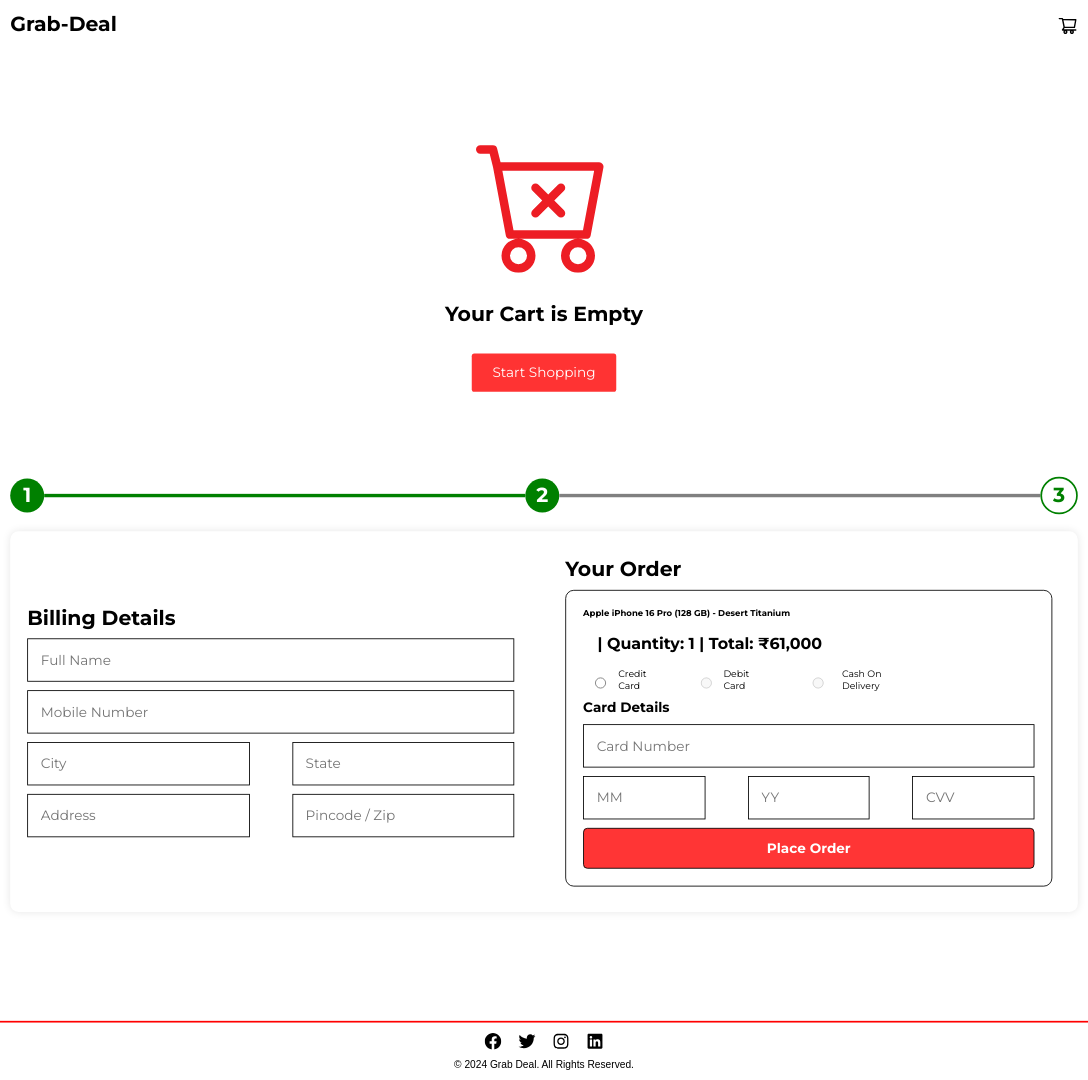
Repository: hlwsatyam/Iphone16Pro
Page: /cart
An editor plug-in stored every save of this project. The page is shown before and after a run of saves, followed by the edit.
The browser window is 1280 px wide. The pictures show the whole page, at 85% of full size.
The project was rebuilt for these pictures with package versions that can differ from the ones it lists, and the page was loaded fresh each time. Also part of the build but not shown: src/components/filters/FilterBarOptions.js, src/components/filters/FilterBar.js, src/hooks/useActive.js, src/components/product/ProductCard.js, src/components/common/SectionsHead.js, src/components/common/Services.js, src/pages/AllProducts.js, src/components/common/QuantityBox.js and 15 more.

Above is the page before, as saved 2024-09-28 16:20:59.

### public/index.html
<!DOCTYPE html>
<html lang="en">

<head>
  <meta charset="utf-8" />
  <link rel="icon" href="https://www.reliancedigital.in/medias/Apple-iPhone16ProMax-494423059-i-1-1200Wx1200H-300Wx300H?context=bWFzdGVyfGltYWdlc3wyOTM2MXxpbWFnZS9qcGVnfGltYWdlcy9oM2EvaGEzLzEwMTk1OTA4OTg0ODYyLmpwZ3w2MjMyOGJjMTFhMDRjZjFiNWRkOGU4NjNjZWJiMDUwNWNkNmE0YzdhMjE3MjVjNDRjNWFlMjA0ZDU2MDFjODhk" />
  <meta name="viewport" content="width=device-width, initial-scale=1" />
  <meta name="theme-color" content="#000000" />
  <meta name="description" content="Web site created using create-react-app" />
  <link rel="apple-touch-icon" href="%PUBLIC_URL%/logo192.png" />
  <!--
      manifest.json provides metadata used when your web app is installed on a
      user's mobile device or desktop. See https://developers.google.com/web/fundamentals/web-app-manifest/
    -->
  <link rel="manifest" href="%PUBLIC_URL%/manifest.json" />
  <!--
      Notice the use of %PUBLIC_URL% in the tags above.
      It will be replaced with the URL of the `public` folder during the build.
      Only files inside the `public` folder can be referenced from the HTML.

      Unlike "/favicon.ico" or "favicon.ico", "%PUBLIC_URL%/favicon.ico" will
      work correctly both with client-side routing and a non-root public URL.
      Learn how to configure a non-root public URL by running `npm run build`.
    -->

  <link rel="preconnect" href="https://fonts.googleapis.com" />
  <link rel="preconnect" href="https://fonts.gstatic.com" crossorigin />
  <link href="https://fonts.googleapis.com/css2?family=Montserrat:wght@400;500;600;700&display=swap" rel="stylesheet" />

  <title>Best Discount On I Phone 16 Pro </title>
</head>

<body>
  <noscript>You need to enable JavaScript to run this app.</noscript>
  <div id="root"></div>
  <!--
      This HTML file is a template.
      If you open it directly in the browser, you will see an empty page.

      You can add webfonts, meta tags, or analytics to this file.
      The build step will place the bundled scripts into the <body> tag.

      To begin the development, run `npm start` or `yarn start`.
      To create a production bundle, use `npm run build` or `yarn build`.
    -->
</body>

</html>

### src/styles/style.scss
// Base
@import "./partials/base/variables";
@import "./partials/base/mixins";
@import "./partials/base/reset";
@import "./partials/base/common";


// Components
@import "./partials/components/preloader";
@import "./partials/components/header";
@import "./partials/components/footer";
@import "./partials/components/backtop";
@import "./partials/components/form";
@import "./partials/components/searchbar";
@import "./partials/components/filterbar";
@import "./partials/components/quantity_box";
@import "./partials/components/empty_view";


// Pages
@import "./partials/pages/hero";
@import "./partials/pages/featured";
@import "./partials/pages/products";
@import "./partials/pages/product_details";
@import "./partials/pages/product_summary";
@import "./partials/pages/cart";
@import "./partials/pages/related";
@import "./partials/pages/services";
@import "./partials/pages/error_page";



.testimonial-section {
    background: linear-gradient(135deg, #f06, #f93);
    padding: 50px 0;
    display: flex;
    justify-content: center;
  }

### src/styles/partials/base/_mixins.scss
@mixin dimension($width: auto, $height: auto) {
    width: $width;
    height: $height;
}

@mixin centered {
    display: grid;
    place-items: center;
}

@mixin mx-auto {
    margin-left: auto;
    margin-right: auto;
}

@mixin margin-x($marginLeft, $marginRight) {
    margin-left: $marginLeft;
    margin-right: $marginRight;
}

@mixin margin-y($marginTop, $marginBottom) {
    margin-top: $marginTop;
    margin-bottom: $marginBottom;
}

@mixin padding-x($paddingLeft, $paddingRight) {
    padding-left: $paddingLeft;
    padding-right: $paddingRight;
}

@mixin padding-y($paddingTop, $paddingBottom) {
    padding-top: $paddingTop;
    padding-bottom: $paddingBottom;
}

@mixin img-fit {
    @include dimension(100%, 100%);
    object-fit: cover;
}

@mixin bg-cover {
    background-size: cover;
    background-position: center;
    background-repeat: no-repeat;
}

@mixin pseudo($content: "", $top: 0, $left: 0, $width: auto, $height: auto) {
    content: $content;
    position: absolute;
    top: $top;
    left: $left;
    @include dimension($width, $height);
    pointer-events: none;
}

@mixin bordered($borderWidth, $borderColor) {
    border: $borderWidth solid $borderColor;
}

@mixin flexbox($justifyContent: flex-start, $alignItems: flex-start) {
    display: flex;
    justify-content: $justifyContent;
    align-items: $alignItems;
}

@mixin grid-cols($colsCount, $colsWidth, $gap) {
    grid-template-columns: repeat($colsCount, $colsWidth);
    gap: $gap;
}

@mixin transition($prop: all, $duration, $timingFn: ease) {
    transition: $prop $duration $timingFn;
}

@mixin toggleVisibility($visibility, $opacity) {
    visibility: $visibility;
    opacity: $opacity;
}


// mixin for media-queries

@mixin devices($breakpoint) {

    @if $breakpoint==xl {
        @media (max-width: 1399.98px) {
            @content;
        }
    }

    @else if $breakpoint==lg {
        @media (max-width: 1023.98px) {
            @content;
        }
    }

    @else if $breakpoint==md {
        @media (max-width: 767.98px) {
            @content;
        }
    }

    @else if $breakpoint==sm {
        @media (max-width: 639.98px) {
            @content;
        }
    }

    @else if $breakpoint==xs {
        @media (max-width: 479.98px) {
            @content;
        }
    }
}

### src/styles/partials/components/_preloader.scss
#preloader {
    width: 100%;
    min-height: 100vh;
    background-color: var(--bg-color);
    position: fixed;
    top: 0;
    left: 0;
    z-index: 9999;
    @include centered;
}

.loader {
    @include dimension(12.5rem, 12.5rem);
    border-radius: 50%;
    box-shadow: 1px 8px 8px var(--main-color);
    animation: spin 1.4s linear infinite;
}

@keyframes spin {
    0% {
        transform: rotate(0deg);
    }

    100% {
        transform: rotate(360deg);
    }
}

.loader_text {
    position: absolute;
    top: 50%;
    left: 50%;
    transform: translate(-50%, -50%);
    animation: text 1s linear infinite alternate;
}

@keyframes text {
    0% {
        opacity: 0.4;
    }

    100% {
        opacity: 1;
    }
}

### src/styles/partials/components/_header.scss
#header {
    position: fixed;
    top: 0;
    left: 0;
    z-index: 99;
    width: 100%;
    @include padding-y(0.8rem, 0.8rem);
    @include transition(background-color, 0.2s, linear);

    &.sticky {
        background-color: white;
    }
}

.navbar {
    @include flexbox(space-between, center);
}

.nav_logo {
    @include devices(xs) {
        font-size: 1.2rem;
    }
}

.nav_actions {
    @include flexbox($alignItems: center);
    gap: 3rem;
    font-size: 1.5rem;

    @include devices(xs) {
        gap: 2.5rem;
        font-size: 1.2rem;
    }
}

.search_action,
.cart_action,
.user_action {
    position: relative;
}

.search_action,
.cart_action {
    &:hover .tooltip {
        @include toggleVisibility(visible, 1);
    }
}

.search_action,
.user_action {
    span {
        cursor: pointer;
    }
}

.cart_action {

    .badge {
        @include centered;
        @include dimension(20px, 20px);
        position: absolute;
        top: 0;
        right: -20px;
        background-color: var(--main-color-2);
        border-radius: 50%;
    }
}

.user_action {

    .dropdown_menu {
        position: absolute;
        top: 50px;
        right: 0;
        width: 17.5rem;
        background-color: var(--bg-color-2);
        padding: 1.4rem;
        font-size: 0.9rem;
        border-radius: 3px;
        @include bordered(1px, var(--text-muted));
        @include toggleVisibility(hidden, 0);
        @include transition(all, 0.2s, ease-in-out);

        h4 {
            font-weight: 600;
            letter-spacing: 0.5px;

            a {
                color: var(--main-color);
                opacity: 0.95;

                &:hover {
                    opacity: 1;
                }
            }
        }

        p {
            font-size: 0.8rem;
            margin-top: 0.5rem;
        }

        button {
            margin-top: 1rem;
            padding: 0.8rem 1rem;
            @include bordered(1px, var(--text-muted));
            @include transition(all, 0.3s, ease);

            &:hover {
                color: #eee;
                border-color: #eee;
            }
        }

        li {
            &:not(:last-child) {
                margin-bottom: 0.5rem;
            }

            a:hover {
                color: #eee;
            }
        }
    }

    &:hover .dropdown_menu {
        @include toggleVisibility(visible, 1);
    }
}

### src/styles/partials/components/_footer.scss
#footer {
    background-color: var(--black-color);
    @include padding-y(3rem, 2rem);

    .separator {
        @include margin-y(2.5rem, 2rem);
        opacity: 0.7;
    }
}

.footer_wrapper {
    grid-template-columns: 1.4fr repeat(3, 1fr);
    justify-items: center;
    gap: 2rem;

    @include devices(md) {
        grid-template-columns: 1.4fr 1fr;
        justify-items: unset;
        gap: 4rem;
    }

    @include devices(xs) {
        grid-template-columns: 1fr;
        gap: 3rem;
    }
}

.foot_subs {
    p {
        @include margin-y(1rem, 1rem);
        font-size: 0.875rem;
        opacity: 0.9;
    }

    .btn {
        margin-top: 1rem;
    }
}

.foot_menu {
    ul {
        margin-top: 1.8rem;
        display: grid;
        gap: 1rem;

        a {
            font-size: 0.9rem;
            opacity: 0.8;

            &:hover {
                opacity: 1;
            }
        }
    }
}

.sub_footer_wrapper {
    @include flexbox(space-between, center);

    @include devices(md) {
        @include flexbox();
        flex-direction: column-reverse;
        gap: 2rem;
    }
}

.foot_copyright {
    font-size: 0.95rem;

    a {
        color: #eee;
        opacity: 0.8;

        &:hover {
            opacity: 1;
        }
    }
}

.foot_social {
    @include flexbox();
    gap: 2rem;
    font-size: 1.2rem;
    margin-right: 4rem;
}

### src/styles/partials/components/_searchbar.scss
#searchbar {
    display: grid;
    grid-template-columns: 0.5fr;
    justify-content: center;
    align-items: start;

    @include devices(lg) {
        grid-template-columns: 0.8fr;
    }

    @include devices(sm) {
        grid-template-columns: 1fr;
    }
}

.searchbar_content {
    margin: 3rem 1rem;
}

.search_box {
    display: flex;
    gap: 0.4rem;

    .input_field {
        background-color: var(--bg-color);
    }

    .btn {
        font-size: 1.5rem;

        &[disabled] {
            pointer-events: none;
            opacity: 0.7;
        }
    }
}

.search_results {
    background-color: var(--bg-color);
    display: grid;
    justify-items: flex-start;
    gap: 1rem;
    margin-top: 1rem;
    max-height: 300px;
    overflow-y: auto;
    padding: 1rem;
    border: 1px solid var(--text-muted);
    scrollbar-width: none;

    a {
        cursor: pointer;
        @include transition(color, 0.3s);

        &:hover {
            color: var(--main-color-2);
        }
    }

    &::-webkit-scrollbar {
        display: none;
    }
}

### src/styles/partials/components/_quantity_box.scss
.quantity_box {
    display: inline-flex;
    align-items: center;
    @include bordered(1px, #444);
    border-radius: 3px;
    user-select: none;
    overflow: hidden;

    button {
        @include dimension(3.125rem, 2.25rem);
        background-color: red;
        @include transition(color, 0.2s);

        &:hover {
            color: #eee;
        }

        &[disabled] {
            cursor: not-allowed;
            color: var(--text-muted);
        }
    }
}

.quantity_count {
    @include dimension(3.75rem, 2.25rem);
    color: red;
    font-size: 1.4rem;
    line-height: 2.25rem;
    font-weight: bold;
    text-align: center;
}

### src/styles/partials/pages/_hero.scss
#hero {
    min-height: 100vh;
    @include centered;

    .swiper {
        @include dimension(100%, 100%);
        @include padding-x(0.75rem, 0.75rem);
        @include padding-y(5rem, 5rem);
    }

    .swiper-pagination {
        bottom: 30px;
    }
}

.hero_wrapper {
    position: relative;
    @include grid-cols(2, 0.4fr, 2rem);
    place-content: center;
    place-items: center;

    &::before {
        @include pseudo($top: 10%);
        font-size: 15rem;
        font-weight: 700;
        opacity: 0.05;

        @include devices(xl) {
            font-size: 12rem;
        }

        @include devices(sm) {
            font-size: 8rem;
        }
    }

    &.hero_slide-0::before {
        content: "Over Ear";
    }

    &.hero_slide-1::before {
        content: "In Ear";
    }

    &.hero_slide-2::before {
        content: "Over Ear";
    }

    @include devices(lg) {
        grid-template-columns: 0.7fr;
        gap: 4rem;
    }

    @include devices(sm) {
        grid-template-columns: 0.9fr;
        gap: 2rem;
    }
}

.hero_item_txt,
.hero_item_img {
    position: relative;
}

.hero_item_txt {
    text-shadow: var(--text-shadow);

    h1 {
        font-size: 3rem;
        text-transform: capitalize;
        word-spacing: 3px;
        @include margin-y(0.8rem, 1rem);

        @include devices(xl) {
            font-size: 2.4rem;
        }

        @include devices(sm) {
            font-size: 1.8rem;
        }

        @include devices(xs) {
            font-size: 1.5rem;
        }
    }

    h3 {
        font-size: 1.3rem;
        font-weight: 600;

        @include devices(sm) {
            font-size: 1rem;
        }
    }

    .hero_price {
        @include margin-y(2rem, 3rem);

        @include devices(sm) {
            @include margin-y(1.5rem, 2rem);
        }
    }

}

.hero_item_img {
    overflow: hidden;

    img {
        @include img-fit;
    }

    @include devices(lg) {
        grid-row: 1;
    }

    @include devices(sm) {
        max-width: 18rem;
        width: 75%;
    }
}

### src/styles/partials/pages/_products.scss
.products_wrapper {
    @include grid-cols(4, 1fr, 0.7rem);

    @include devices(lg) {
        @include grid-cols(3, 1fr, 0.7rem);
    }

    @include devices(md) {
        @include grid-cols(2, 1fr, 0.6rem);
    }

    @include devices(xs) {
        grid-template-columns: 1fr;
    }
}

.products_filter_tabs {
    @include margin-y(3rem, 5rem);
}

.products_card {
    @include bordered(1px, rgba($color: #ffffff, $alpha: 0.4));
    border-radius: 3px;
    box-shadow: 0px 5px 10px rgba($color: #000000, $alpha: 0.5);
    overflow: hidden;

    &.browse_card {
        @include centered;
        @include padding-y(5rem, 5rem);
        font-size: 1.5rem;

        a {
            @include transition(color, 0.3s);

            &:hover {
                color: #eee;
            }
        }
    }
}

.products_img {
    background: var(--bg-color-2);
    text-align: center;
    padding: 1rem;
    overflow: hidden;

    img {
        width: 70%;
        @include transition(transform, 0.25s, ease);

        &:hover {
            transform: scale(1.05);
        }
    }
}

.products_details {
    padding: 1rem;
}

.products_title {
    @include margin-y(0.8rem, 0.4rem);
}

.products_info {
    opacity: 0.8;
    font-weight: 500;
}

.products_btn {
    width: 100%;
    margin-top: 1.2rem;

    &.active {
        background-color: green;
    }

    &[disabled] {
        cursor: not-allowed;
    }
}


/*------ All-Products Page ------*/
#all_products {
    padding-top: 8rem;
    display: grid;
    grid-template-columns: 240px 1fr;

    @include devices(lg) {
        grid-template-columns: 1fr;
    }

    .products_wrapper {
        @include devices(xl) {
            @include grid-cols(3, 1fr, 0.7rem);
        }

        @include devices(md) {
            @include grid-cols(2, 1fr, 0.6rem);
        }

        @include devices(xs) {
            grid-template-columns: 1fr;
        }
    }
}

### src/styles/partials/pages/_product_summary.scss
.prod_summary_details {
    margin-top: 4rem;

    ul {
        display: grid;
        gap: 2rem;
    }
}

.prod_specs {

    ul {
        grid-template-columns: 0.4fr;

        li {
            @include flexbox(space-between, center);

            span {
                &:last-child {
                    font-weight: 600;
                }
            }
        }

        @include devices(lg) {
            grid-template-columns: 1fr;
        }
    }
}

.prod_overview {

    h3 {
        font-weight: 600;
        word-spacing: 0.6px;
        line-height: 1.5;

        span {
            color: var(--main-color-2);
        }
    }

    ul {
        gap: 1.2rem;
        list-style-type: disc;
        margin-left: 1rem;
        @include margin-y(2rem, 2rem);
    }

    p {
        line-height: 2;
    }
}

.prod_reviews {

    ul {
        gap: 3rem;
    }

    .user_info {
        display: flex;
        align-items: center;
        gap: 1rem;

        img {
            @include dimension(50px, 50px);
            border-radius: 50%;
        }

        .user_ratings {
            display: flex;
            align-items: center;
            gap: 0.5rem;
            margin-top: 0.5rem;

            .date {
                color: var(--text-muted);
                font-size: 0.95rem;
            }
        }
    }

    .user_review {
        margin-top: 1rem;
    }
}

### src/components/Extra/Checkout.jsx
import React from "react";
import TopLine from "./checkOutComp/TopLine";
import LargeArea from "./checkOutComp/LargeArea";

function Checkout() {
  return (
    <div className="container" >
      <TopLine />
      <LargeArea />
    </div>
  );
}

export default Checkout;

### src/components/Extra/checkOutComp/TopLine.jsx
import React from "react";

function TopLine() {
  const styles = {
    container: {
      display: "flex",
      marginTop: "100px",
      justifyContent: "space-between",
      alignItems: "center",
    },
    span: {
      width: "20px",
      height: "20px",
      backgroundColor: "gray",
      backgroundColor: "green",
      color: "white",
      borderRadius: "50%",
      display: "flex",
      fontSize: "24px",
      fontWeight: 700,
      padding: "20px", // Adjust padding to balance size
      justifyContent: "center",
      alignItems: "center",
    },
    span3: {
      width: "20px",
      height: "20px",

      backgroundColor: "white",
      color: "green",
      border: "2px solid green",
      borderRadius: "50%",
      display: "flex",
      fontSize: "24px",
      fontWeight: 700,
      padding: "20px", // Adjust padding to balance size
      justifyContent: "center",
      alignItems: "center",
    },

    line: {
      width: "100%",
      height: "4px",
      backgroundColor: "green",
    },
    line2: {
      width: "100%",
      height: "4px",
      backgroundColor: "gray",
    },

  };

  return (
    <div style={styles.container}>
      <span style={styles.span}>1</span>
      <div style={styles.line}></div> {/* Central line between spans */}
      <span style={styles.span}>2</span>
      <div style={{...styles.line, ...styles.line2}}></div>{" "}
      {/* Central line between spans */}
      <span style={{...styles.span,...styles.span3}}>3</span>
    </div>
  );
}

export default TopLine;

### src/components/Extra/LargeArea.css
.largeArea {
  display: flex;
  justify-content: space-between;
  align-items: center;
  gap: 50px;
  flex-wrap: wrap;
  margin-top: 20px;
  border-radius: 10px;
  box-shadow: 0px 0px 10px rgba(0, 0, 0, 0.1);
  padding: 20px;

  input {
    width: 100%;
    padding: 15px 15px;
    border: 1px solid black;
    margin-top: 10px;
  }
}

.left-area {
  flex: 1;
}
.right-area {
  flex: 1;

  padding: 10px;

  button {
    width: 100%;
    padding: 15px 15px;
    border: 1px solid black;
    margin-top: 10px;
    background-color: #ff3535;
    color: white;
    border-radius: 5px;
    cursor: pointer;
    font-weight: bold;
    font-size: 16px;
    transition: all 0.3s ease-in-out;
    &:hover {
      background-color: #ff3535;
      color: white;
      border: 1px solid white;
    }
  }
}

.error-message {
  color: red;
  margin-top: 10px;
}

.card-selection {
  display: flex;

  align-items: center;
  gap: 50px;
  margin-bottom: 10px;
  p {
    display: flex;
    justify-content: space-between;
    align-items: center;
    font-size: 11px;
  }
}

.t1 {
  margin-top: 10px;
  font-weight: 700;
}

.expiry-date {
  display: flex;
  justify-content: space-between;
  align-items: center;
  gap: 50px;
  input {
    width: 50%;
  }
}

.city-state {
  display: flex;
  justify-content: space-between;
  align-items: center;
  gap: 50px;

  input {
    input {
      width: 40%;
    }
  }
}

.right-container {
  margin-top: 10px;
  border: 1px solid black;
  padding: 20px;
  border-radius: 10px;

  .qunt {
    margin: 17px;

  }
  .qunt2 {
    font-size: 10px;
  }
}

Loaded but not shown: src/App.js (common file); src/reportWebVitals.js (common file); src/styles/partials/base/_variables.scss (common file); src/styles/partials/base/_reset.scss (common file); src/styles/partials/components/_backtop.scss (common file); src/styles/partials/components/_empty_view.scss (common file); src/styles/partials/pages/_featured.scss (common file); src/styles/partials/pages/_related.scss (common file); src/styles/partials/pages/_services.scss (common file); src/styles/partials/pages/_error_page.scss (common file); src/data/headerData.js (common file); src/hooks/useScrollRestore.js (common file); src/hooks/useOutsideClose.js (common file); src/hooks/useScrollDisable.js (common file); src/components/common/EmptyView.js (common file); src/data/productsData.js (165 lines, source omitted); src/components/form/AccountForm.js (145 lines, source omitted); src/components/common/Footer.js (162 lines, source omitted); src/contexts/filters/filtersContext.js (199 lines, source omitted); src/pages/Cart.js (105 lines, source omitted); src/components/common/Header.js (104 lines, source omitted); src/components/common/SearchBar.js (87 lines, source omitted); src/contexts/filters/filtersReducer.js (108 lines, source omitted); src/data/servicesData.js (90 lines, source omitted); src/contexts/cart/cartReducer.js (72 lines, source omitted); src/contexts/common/commonContext.js (67 lines, source omitted); src/contexts/cart/cartContext.js (64 lines, source omitted); src/routes/RouterRoutes.js (31 lines, source omitted); src/hooks/useForm.js (34 lines, source omitted); src/components/common/BackTop.js (41 lines, source omitted); src/data/filterBarData.js (63 lines, source omitted); src/contexts/common/commonReducer.js (37 lines, source omitted); src/index.js (22 lines, source omitted); src/helpers/utils.js (26 lines, source omitted); src/hooks/useDocTitle.js (15 lines, source omitted); src/components/Extra/checkOutComp/LargeArea.jsx (275 lines, source omitted); src/styles/partials/base/_common.scss (197 lines, source omitted); src/styles/partials/components/_filterbar.scss (169 lines, source omitted); src/styles/partials/components/_form.scss (130 lines, source omitted); src/styles/partials/pages/_product_details.scss (154 lines, source omitted); src/styles/partials/pages/_cart.scss (146 lines, source omitted)

After the next 2 saves:
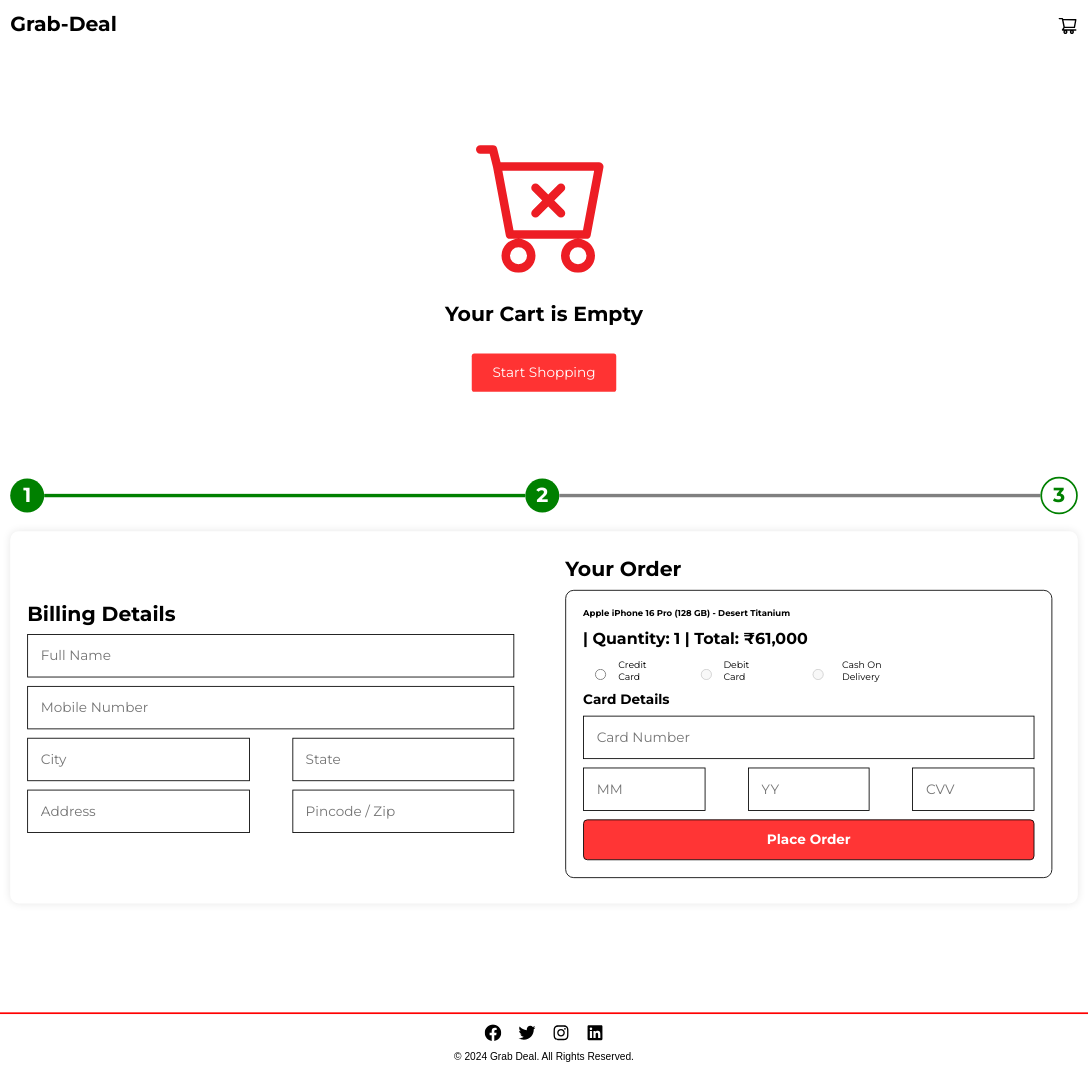
The 2 saves are shown as one change because they came seconds apart.
The last was saved 8 s later.
--- a/src/components/Extra/LargeArea.css
+++ b/src/components/Extra/LargeArea.css
@@ -99,7 +99,7 @@
   border-radius: 10px;
 
   .qunt {
-    margin: 17px;
+    margin: 12px 0 ;
 
   }
   .qunt2 {
